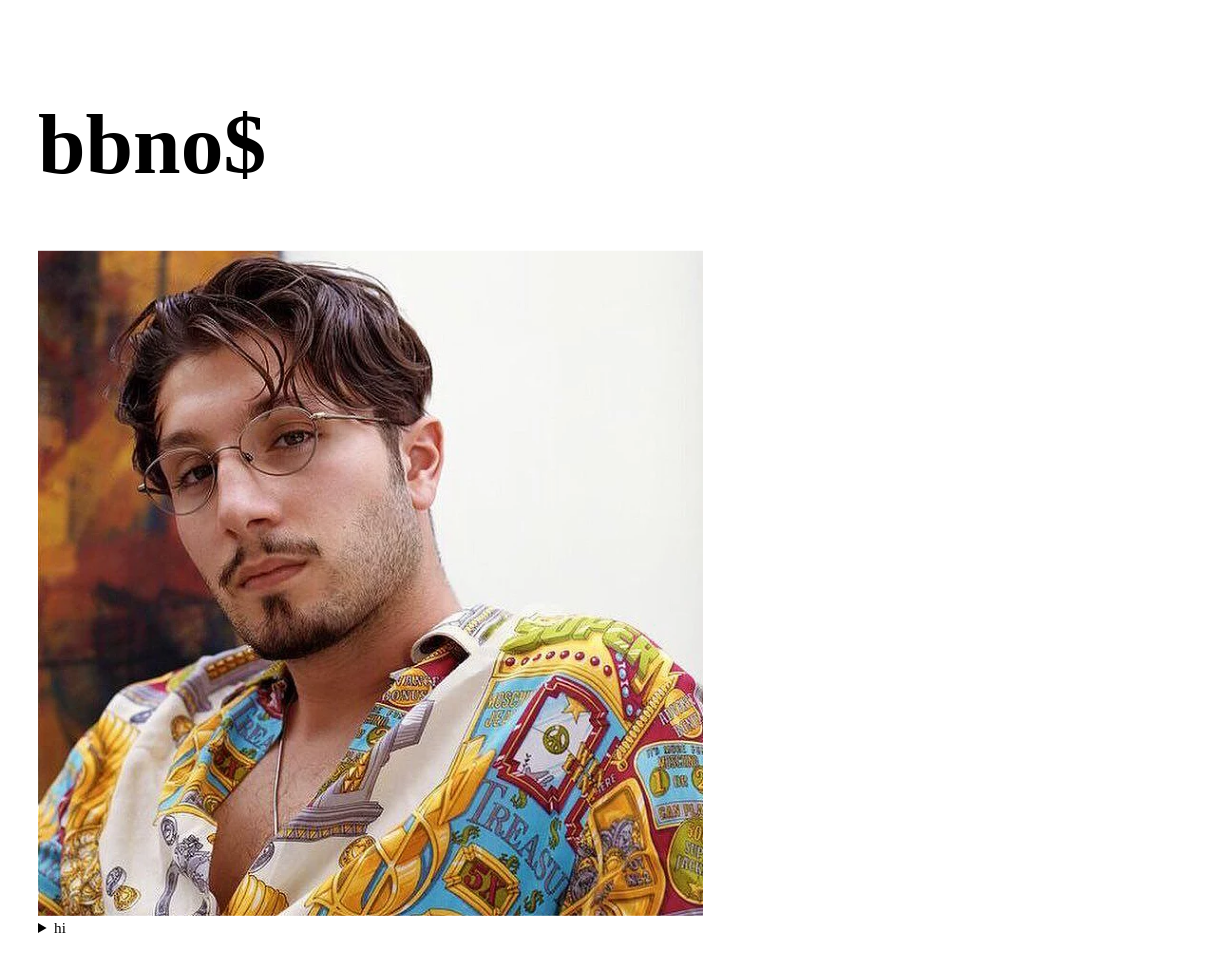
Repository: Jennica1/Lab1
Page: /
These files come from the project's save history. The page is drawn as it stood at one moment and after the next save; the edit follows.
The browser window is 1280 px wide. The pictures show the whole page, at 95% of full size.
The project was rebuilt for these pictures with package versions that can differ from the ones it lists, and the page was loaded fresh each time. Also part of the build but not shown: vite.config.js, src/index.css.

Above is the page before, as saved 2024-09-09 18:15:14.

After the next save:
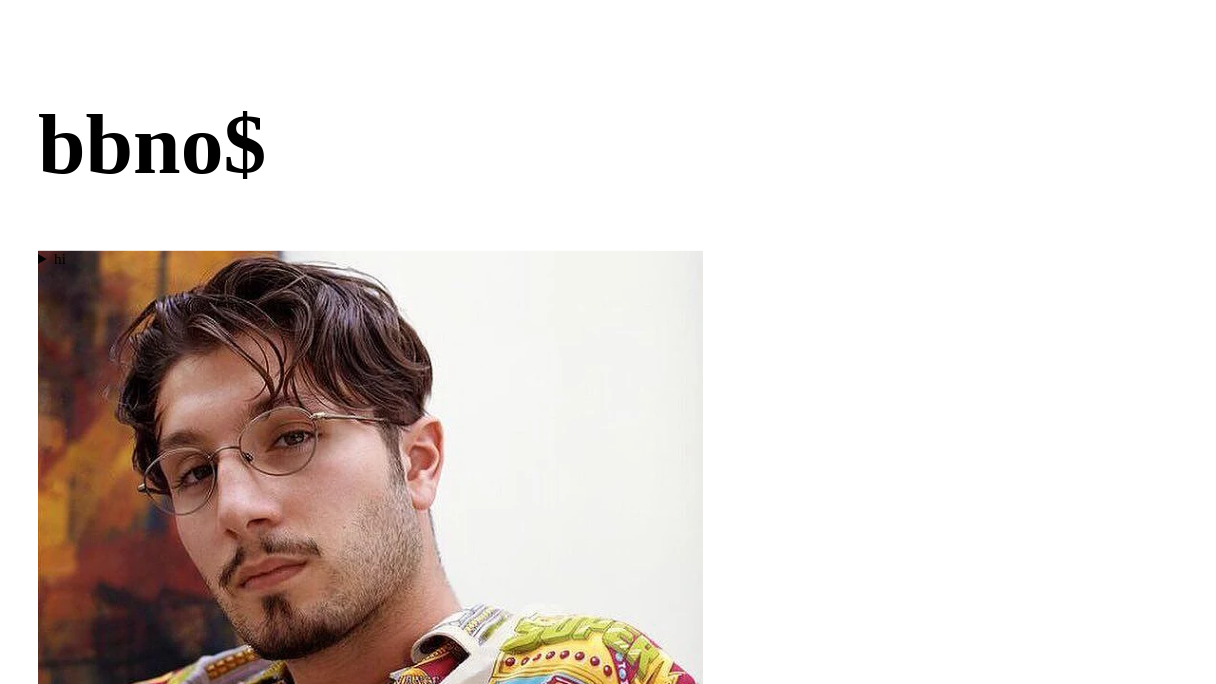
Saved 35 s later.
--- a/src/App.css
+++ b/src/App.css
@@ -7,3 +7,11 @@
 .header {
   font-size: 45px;
 }
+
+.main{
+
+}
+
+.split {
+position: fixed;
+}
